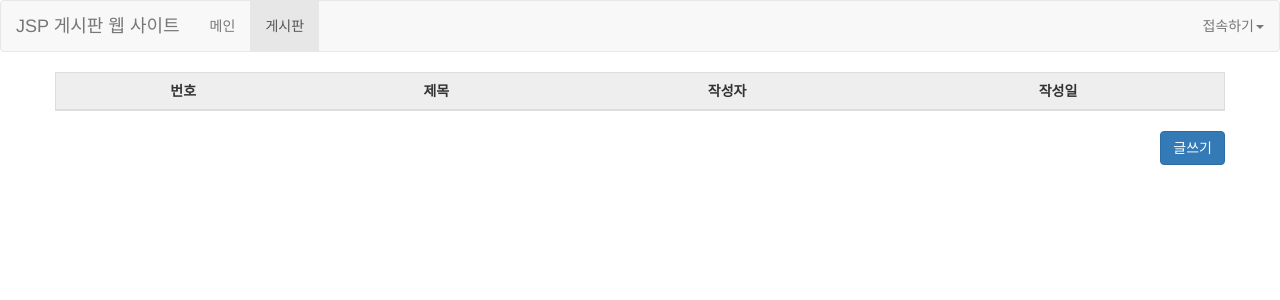
Repository: hanseu9839/BbsJSP
Page: http://localhost/BBS/write.jsp
These files come from the project's save history. The page is drawn as it stood at one moment and after the next save; the edit follows.
The browser window is 1280 px wide. The pictures show the whole page.
The page is served by Tomcat 9. Queries for data that is not in the repository find no rows.

Above is the page before, as saved 2021-05-03 03:41:26.

After the next save:
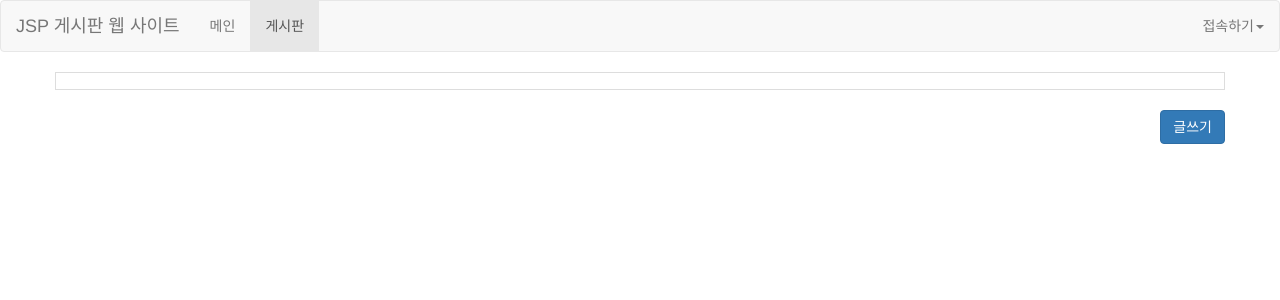
Saved 2 min 59 s later.
--- a/BBS/src/main/webapp/write.jsp
+++ b/BBS/src/main/webapp/write.jsp
@@ -75,13 +75,11 @@
    <!-- 게시판은 글이 써진 순서대로 쓰여지는 하나의 테이블 형식을 가지고 있다. -->
    <div class = "container">
    		<div class="row">
+   		<form>
    			<table class = "table table-striped" style =" text-align: center; border: 1px solid #dddddd">
    				<thead>
    					<tr>
-   						<th style="background-color: #eeeeee; text-align: center;">번호</th>
-   						<th style="background-color: #eeeeee; text-align: center;">제목</th>
-   						<th style="background-color: #eeeeee; text-align: center;">작성자</th>
-   						<th style="background-color: #eeeeee; text-align: center;">작성일</th>
+   						<td>
    					</tr>
    				</thead>
    				<tbody>
@@ -102,6 +100,7 @@
 
    				</tbody>
    			</table>
+   			</form>
    			<input type="submit" class="btn btn-primary pull-right" value="글쓰기">
    		</div>
    </div>

After the 2 saves that followed:
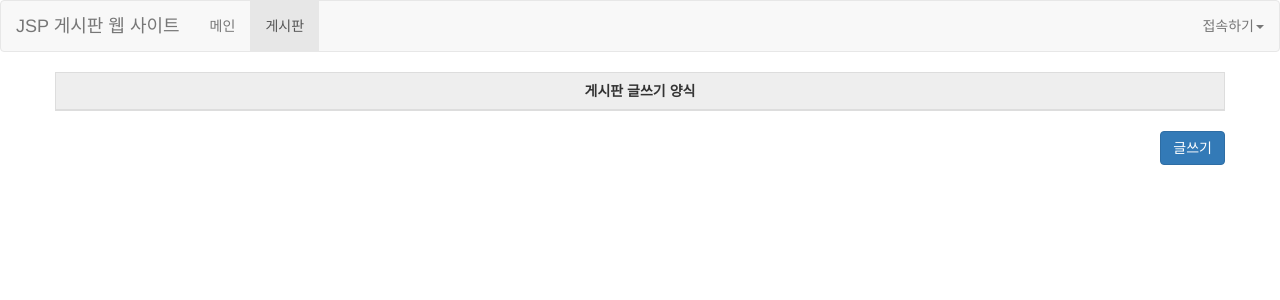
The 2 saves are shown as one change because 1 left the picture as it was.
The last was saved 91 s later.
--- a/BBS/src/main/webapp/write.jsp
+++ b/BBS/src/main/webapp/write.jsp
@@ -79,7 +79,8 @@
    			<table class = "table table-striped" style =" text-align: center; border: 1px solid #dddddd">
    				<thead>
    					<tr>
-   						<td>
+   						<th colspan="2" style="background-color: #eeeeee; text-align:center;">게시판 글쓰기 양식</th>
+
    					</tr>
    				</thead>
    				<tbody>
@@ -100,7 +101,7 @@
 
    				</tbody>
    			</table>
-   			</form>
+   		</form>
    			<input type="submit" class="btn btn-primary pull-right" value="글쓰기">
    		</div>
    </div>
